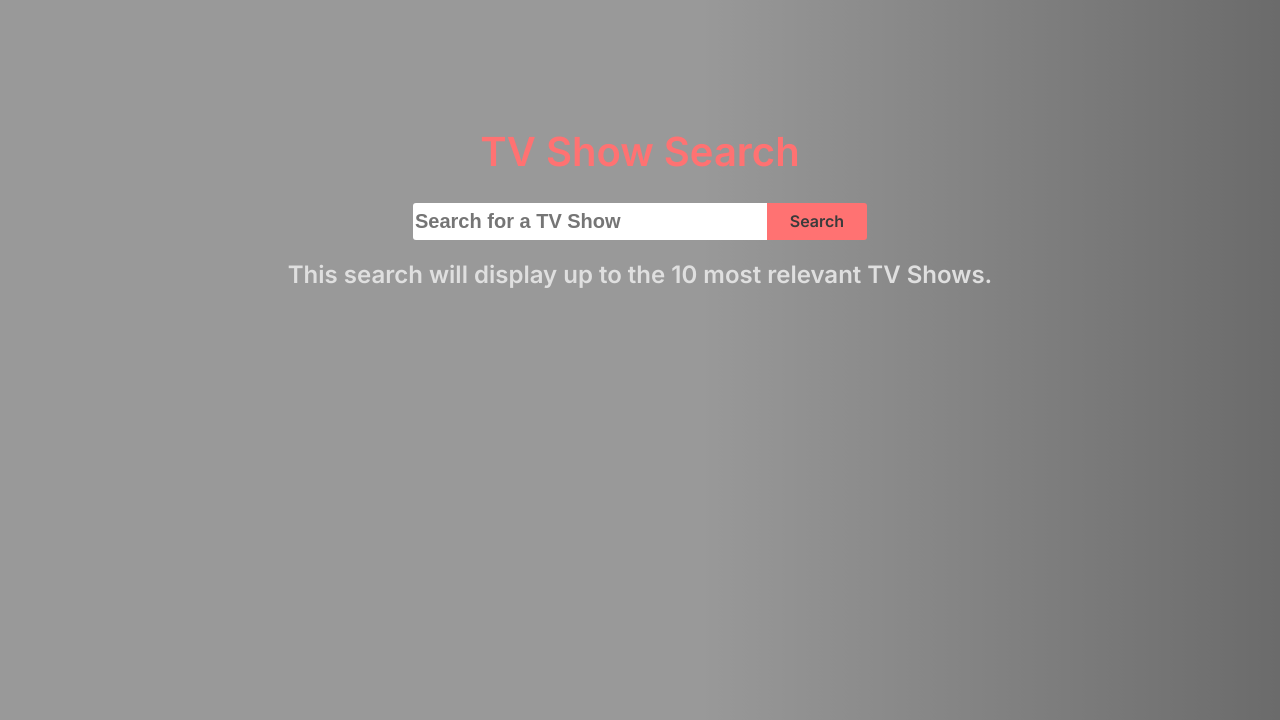
Repository: shayanabedi98/tv-search-react
Page: /
An editor plug-in stored every save of this project. The page is shown before and after the next save, followed by the edit.
The browser window is 1280 px wide. The pictures show the whole page.
The project was rebuilt for these pictures with package versions that can differ from the ones it lists, and the page was loaded fresh each time. Also part of the build but not shown: vite.config.js.

Above is the page before, as saved 2024-01-09 15:32:00.

### index.html
<!doctype html>
<html lang="en">
  <head>
    <meta charset="UTF-8" />
    <link rel="icon" type="image/svg+xml" href="https://www.svgrepo.com/show/503669/tv.svg" />
    <meta name="viewport" content="width=device-width, initial-scale=1.0" />
    <title>TV Show Search | React</title>
  </head>
  <body>
    <div id="root"></div>
    <script type="module" src="/src/main.jsx"></script>
  </body>
</html>

### src/App.jsx
import { useState } from "react";
import { v4 as uuid } from "uuid";
import List from "./List";
import Search from "./Search";

function App() {
  const [input, setInput] = useState();
  const [showList, setShowList] = useState([]);

  const fetchShow = async () => {
    try {
      if (input) {
        const response = await fetch(
          `https://api.tvmaze.com/search/shows?q=${input}`
        );
        const responseJson = await response.json();
        let newList = [];
        for (let i = 0; i < responseJson.length; i++) {
          if (responseJson[i].show.image) {
            newList.push({
              id: uuid(),
              name: responseJson[i].show.name,
              img: responseJson[i].show.image.medium,
              genres: responseJson[i].show.genres.join(', '),
              language: responseJson[i].show.language,
              rating: responseJson[i].show.rating.average,
            });
          }
        }
        setShowList(newList);
        console.log(responseJson);
      }
    } catch (err) {
      return err;
    }
  };

  const handleChange = (e) => {
    setInput(e.target.value);
  };

  return (
    <div className="bg">
      <Search fetchShow={fetchShow} input={input} handleChange={handleChange} />
      <List showList={showList} />
    </div>
  );
}

export default App;

### src/index.css
@import url('https://fonts.googleapis.com/css2?family=Inter:wght@600&display=swap');

@keyframes move-bg {
  0% { background-position: 0% 50%; }
  100% { background-position: -100% 50%; }
}

body {
  font-family: 'Inter', sans-serif;
  margin: 0;
  padding: 0;
  color: rgb(223, 223, 223);
  width: 100%;
  background: linear-gradient(to right, rgb(153, 153, 153), rgb(85, 85, 85), rgb(153, 153, 153), rgb(153, 153, 153));
  background-size: 200% 200%;
  animation: move-bg 10s linear infinite;
}

.search {
  margin: 100px auto 100px auto;
  text-align: center;
  width: 950px;
  display: grid;
  place-items: center;
}

.search-bar {
  display: flex;
  place-items: center;
}

.search h1 {
  font-size: 40px;
  color: rgb(255, 114, 114);
}

.search input {
  border: none;
  height: 35px;
  width: 350px;
  font-size: 20px;
  outline: none;
  color: rgb(104, 104, 104);
  font-weight: 700;
  border-radius: 3px 0 0 3px;
}

.search input:focus {
  outline: 2px grey solid;
}

.search input:focus + button {
  outline: 2px grey solid;
}

.search button {
  height: 37px;
  padding: 1px 2px;
  width: 100px;
  font-family: 'Inter', sans-serif;
  border: none;
  background-color: rgb(255, 114, 114);
  color: rgb(59, 59, 59);;
  font-size: 16px;
  border-radius: 0 3px 3px 0;
  cursor: pointer;
}

.list {
  width: 1100px;
  margin: 100px auto;
  display: grid;
  place-items: center;
  grid-template-columns: repeat(3, 1fr);
}

.card {
  background-color: rgb(29, 29, 29);
  text-align: center;
  width: 290px;
  height: 500px;
  padding: 20px;
  display: grid;
  place-items: center;
  margin: 50px auto;
  border-radius: 5px;
  box-shadow: rgba(0, 0, 0, 0.3) 0px 2px 8px 0px;
  cursor: pointer;
  transition: 0.5s;
}

.card:hover {
  transform: scale(1.05);
}

@media (max-width: 1150px) {

  .search {
    width: 100%;
  }

  .list {
    grid-template-columns: 1fr 1fr;
    width: 100%;
  }
}

@media (max-width: 700px) {

  .search h2 {
    width: 90%;
  }

  .list {
    grid-template-columns: 1fr;
  }
}

@media (max-width: 500px) {

  .search input {
    height: 28px;
    width: 90%;
  }
  .search button {
    height: 30px;
    width: 100px;
  }
}

@media (max-width: 400px) {
  .card {
    width: 250px;
    height: 440px;
  }

  .card img {
    width: 70%;
  }
}

### src/List.jsx
import React from "react";

const List = ({ showList }) => {
  return (
    <div className="list-container">
      <div className="list">
        {showList.length > 0 &&
          showList.map((show) => {
            return (
              <div className="card" key={show.id}>
                <h2>{show.name}</h2>
                <img src={show.img} alt={`cover photo of ${show.name}`} />
                <p>
                  <span>Language: </span>
                  {show.language}
                </p>
                  {show.genres}
                <p>
                  {show.rating ? `Rating: ${show.rating}⭐` : "Rating: N/A"}
                </p>
              </div>
            );
          })}
      </div>
    </div>
  );
};

export default List;

### src/Search.jsx
import React from "react";

const Search = ({ fetchShow, input, handleChange }) => {
  return (
    <div className="search">
        <h1>TV Show Search</h1>
      <div className="search-bar">
        <input
          type="text"
          onKeyDown={(e) => e.key === "Enter" && fetchShow()}
          onChange={handleChange}
          value={input}
          placeholder="Search for a TV Show"
        />
        <button onClick={fetchShow}>Search</button>
      </div>
      <h2>This search will display up to the 10 most relevant TV Shows.</h2>
    </div>
  );
};

export default Search;

Loaded but not shown: src/main.jsx (common file)

After the next save:
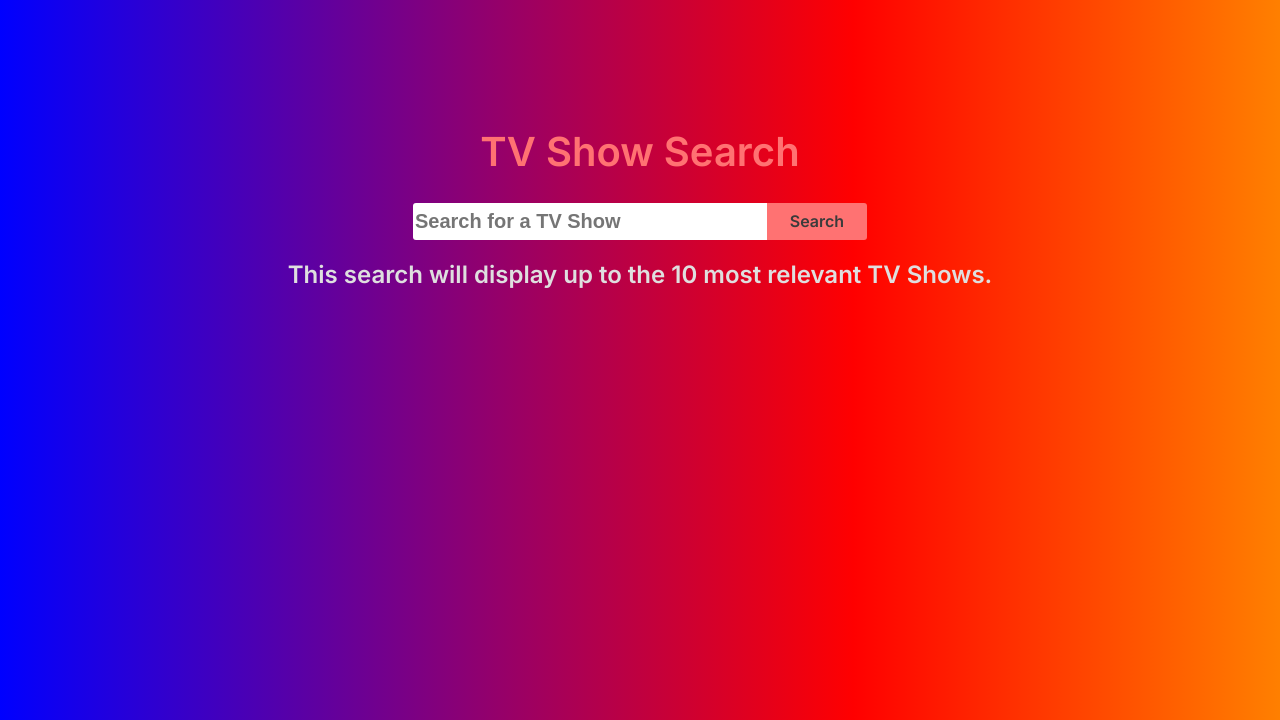
Saved 14 s later.
--- a/src/index.css
+++ b/src/index.css
@@ -11,9 +11,9 @@ body {
   padding: 0;
   color: rgb(223, 223, 223);
   width: 100%;
-  background: linear-gradient(to right, rgb(153, 153, 153), rgb(85, 85, 85), rgb(153, 153, 153), rgb(153, 153, 153));
-  background-size: 200% 200%;
-  animation: move-bg 10s linear infinite;
+  background: linear-gradient(to right, blue, red, yellow, blue); /* Loop back to the start color */
+  background-size: 200% 100%;
+  animation: moveBackground 10s linear infinite;
 }
 
 .search {
